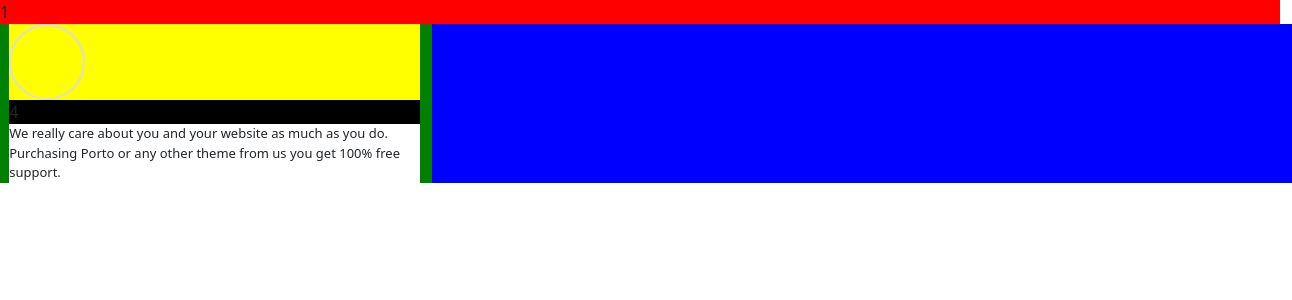
Repository: NguyenDo13/BE2-NhomH
Page: module-9/index/index.html
An editor plug-in stored every save of this project. The page is shown before and after a run of saves, followed by the edit.
The browser window is 1280 px wide. The page is 1292 px wide, so the pictures cover 1292 px, including what lies to the right of the window. The pictures show the whole page.

Above is the page before, as saved 2022-05-15 11:15:23.

### module-9/index/index.html
<!DOCTYPE html>
<html lang="en">

<head>
    <meta charset="UTF-8" />
    <meta http-equiv="X-UA-Compatible" content="IE=edge" />
    <meta name="viewport" content="width=device-width, initial-scale=1.0" />
    <link rel="stylesheet" href="public/css/style.css" />
    <link rel="stylesheet" href="public/css/bootstrap.min.css" />
    <link rel="stylesheet" href="https://cdnjs.cloudflare.com/ajax/libs/font-awesome/5.15.3/css/all.min.css" />
    <title>Document</title>
</head>

<body>
    <div class="portoTotal">
        <!-- chia hàng -->1
        <div class="row">
            <!-- chia cột -->2
            <div class="vc_column_container col-md-4">
                <div class="portoContainer">
                    <div class="portoTop">
                        <div class="portoTopicon">
                            <i class="Simple-Line-Icons-action-undo"> </i>
                        </div>
                    </div>
                    <div class="portoheader">4</div>
                    <div class="portodescription" style="font-size: 13px">
                        We really care about you and your website as much as you do. Purchasing Porto or any other theme from us you get 100% free support.
                    </div>
                </div>
            </div>
        </div>
    </div>
</body>

</html>

### module-9/index/public/css/style.css
body {
    font-size: 13px;
    line-height: 22px;
    font-family: 'Open Sans', sans-serif;
    background: #fff;
}

.portoTotal {
    background-color: red;
}

.row {
    background-color: blue;
    display: flex;
    flex-wrap: wrap;
}

.vc_column_container {
    background-color: green;
}

.portoContainer {
    background-color: yellow;
}

.portotop {}

.portoTopicon {
    color: #0088cc;
    background: transparent;
    border-style: solid;
    border-color: #dddddd;
    border-width: 2px;
    width: 76px;
    height: 76px;
    line-height: 76px;
    border-radius: 40px;
    font-size: 40px;
}

.portoheader {
    background-color: black;
}

.portodescription {
    background-color: white;
}

Loaded but not shown: module-9/index/public/css/bootstrap.min.css (library)

After the next 2 saves:
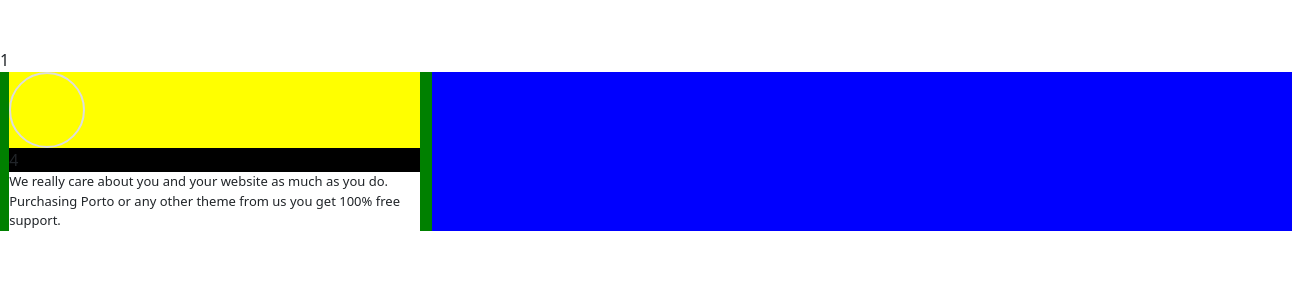
The 2 saves are shown as one change because they came seconds apart.
The last was saved 35 s later.
--- a/module-9/index/index.html
+++ b/module-9/index/index.html
@@ -12,7 +12,7 @@
 </head>
 
 <body>
-    <div class="portoTotal">
+    <div class="pt-5">
         <!-- chia hàng -->1
         <div class="row">
             <!-- chia cột -->2
